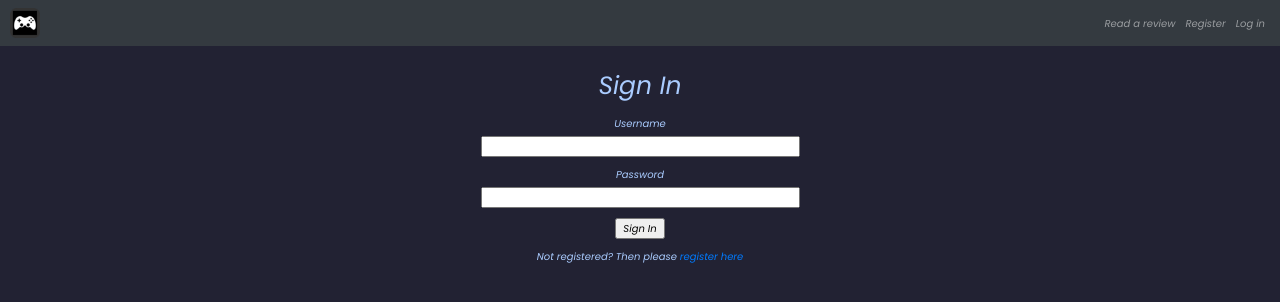
Repository: amit238/milestone-project-3
Page: http://localhost/login
The author's editor kept a record of every edit. The page is drawn from the files as they stood at one moment, then again after the next edit.
The browser window is 1280 px wide. The pictures show the whole page.
Some web libraries are served in a nearby version. The page is served by the project's application, run on Flask 3 (app.py).

Above is the page before.

After the next edit:
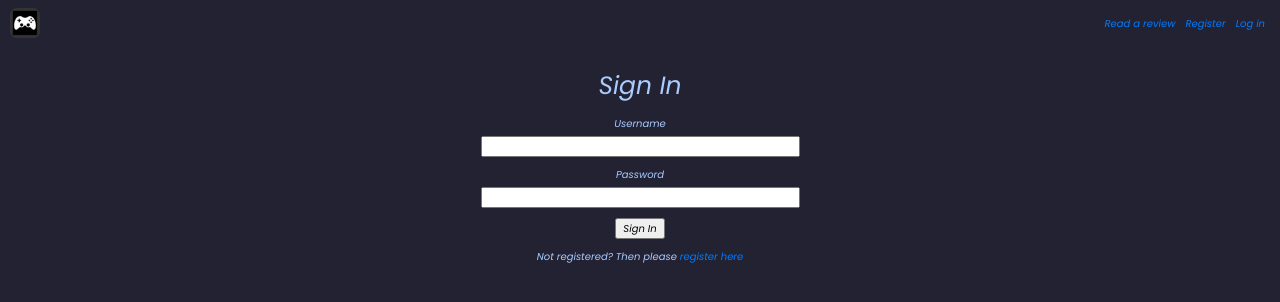
The edit:
--- a/templates/base.html
+++ b/templates/base.html
@@ -18,7 +18,7 @@
 
 <body>
   <header>
-    <nav class="navbar navbar-expand-lg navbar-dark bg-dark ">
+    <nav class="navbar navbar-expand-lg navbar-custom bg-custom ">
       <a class="navbar-brand" href="{{ url_for('index') }}">
        <img src="{{ url_for('static', filename='img/favicon.ico') }}" width="30" height="30" alt="">
   </a>
